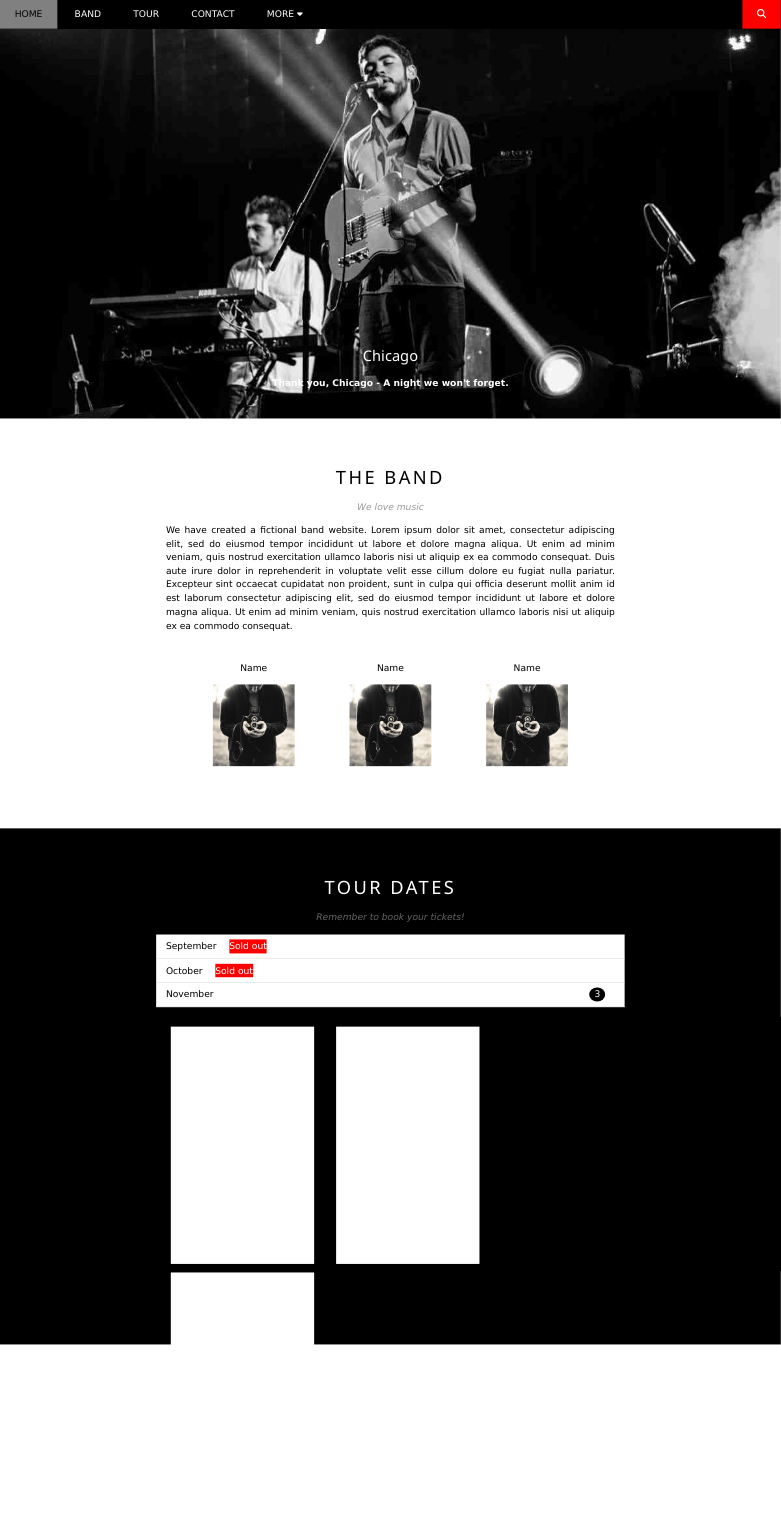
Repository: ngotranphuongbao/theband
Page: index.html
The author's editor kept a copy of each file at every save. The page is drawn from the files as they stood at one save, then again after the next save.
The browser window is 1280 px wide. The pictures show the whole page, at 61% of full size.
Some web libraries are served in a nearby version.

Above is the page before, as saved 2022-12-22 02:40:10.

### index.html
<!DOCTYPE html>
<html lang="en">
<head>
    <meta charset="UTF-8">
    <meta http-equiv="X-UA-Compatible" content="IE=edge">
    <meta name="viewport" content="width=device-width, initial-scale=1.0">
    <title>Document</title>
    <link rel="stylesheet" href="./assets/css/style.css">
    <script src="https://kit.fontawesome.com/55a0c61423.js" crossorigin="anonymous"></script>
    <link rel="stylesheet" href="./assets/themify-icons/themify-icons.css">
    <link rel="stylesheet" href="https://www.w3schools.com/w3css/4/w3.css">
</head>
<body>
    <div id="main">
        <div id="header">
            <ul id="nav">
                <li><a href="">Home</a></li>
                <li><a href="">Band</a></li>
                <li><a href="">Tour</a></li>
                <li><a href="">Contact</a></li>
                <li>
                    <a href="">
                        More
                        <i class="fa fa-caret-down"></i>
                    </a>
                    <ul id="subnav">
                        <li><a href="">Merchandise</a></li>
                        <li><a href="">Extras</a></li>
                        <li><a href="">Media</a></li>
                    </ul>
                </li>
            </ul>
            <div id="search">
                <i class="fa fa-search"></i>
            </div>
        </div>

        <div id="slider">
            <div id="slider-caption">
                <h3>Chicago</h3>
                <p><b>Thank you, Chicago - A night we won't forget.</b></p>
            </div>

        </div>

        <div id="content">
            <div id="the-band">
                <div id="the-band-main">
                    <h2 class="content-title">The Band</h2>
                    <p class="content-subtitle">We love music</p>
                    <p id="describe">We have created a fictional band website. Lorem ipsum dolor sit amet, consectetur adipiscing elit, sed do eiusmod tempor incididunt ut labore et dolore magna aliqua. Ut enim ad minim veniam, quis nostrud exercitation ullamco laboris nisi ut aliquip ex ea commodo consequat. Duis aute irure dolor in reprehenderit in voluptate velit esse cillum dolore eu fugiat nulla pariatur. Excepteur sint occaecat cupidatat non proident, sunt in culpa qui officia deserunt mollit anim id est laborum consectetur adipiscing elit, sed do eiusmod tempor incididunt ut labore et dolore magna aliqua. Ut enim ad minim veniam, quis nostrud exercitation ullamco laboris nisi ut aliquip ex ea commodo consequat.</p>
                    <div id="member">
                        <div class="member-info">
                            <p class="member-name">Name</p>
                            <img src="/assets/image/member/bandmember.jpg" alt="" class="member-photo">
                        </div>

                        <div class="member-info">
                            <p class="member-name">Name</p>
                            <img src="/assets/image/member/bandmember.jpg" alt="" class="member-photo">
                        </div>

                        <div class="member-info">
                            <p class="member-name">Name</p>
                            <img src="/assets/image/member/bandmember.jpg" alt="" class="member-photo">
                        </div>
                    </div>
                </div>
            </div>

            <div id="tour-dates">
                <div id="tour-dates-main">
                    <h2 class="content-title">Tour Dates</h2>
                    <p class="content-subtitle">Remember to book your tickets!</p>
                    <ul id="booking">
                        <li>
                            September
                            <div class="sold-out">Sold out</div>
                        </li>
                        <li>
                            October
                            <div class="sold-out">Sold out</div>
                        </li>
                        <li>
                            November
                            <span class="w3-badge">3</span>
                        </li>
                    </ul>
                    <div id="location">
                        <div class="location-infor"></div>
                        <div class="location-infor"></div>
                        <div class="location-infor"></div>
                    </div>

                </div>

            </div>

            <div id="contact">



            </div>

            <div id="picture">

            </div>

        </div>

        <div id="footer">

        </div>
    </div>

</body>
</html>

### assets/css/style.css
* {
    padding: 0px;
    margin: 0px;
    box-sizing: border-box;
}

html {
    font-family: Arial, Helvetica, sans-serif;
}

#main {

}

#header {
    height: 46.5px;
    background-color: black;
    position: fixed;
    top: 0px;
    left: 0px;
    right: 0px;
    z-index: 1;
}

#nav {
    display: inline-block;
}
#nav > li {
    display: inline-block;
    padding: 12px 24px;
    position: relative;
}

#nav > li > a {
    line-height: 22.5px;
    text-decoration: none;
    text-transform: uppercase;
    color: white;
}

#nav > li:hover {
    background-color: grey;
}

#nav > li:hover > a {
    color: black;
}

#subnav {
    display: none;
    position: absolute;
    top: 45px;
    left: 0px;
    box-shadow: 0px 0px 10px rgba(0, 0, 0, 0.3);
    background-color: white;
}

#subnav > li {
    display: block;
    width: 160px;
    height: 38.5px;
    padding: 8px 16px;
}

#subnav > li:hover {
    background-color: grey;
}

#nav > li:hover > #subnav {
    display: block;
}

#subnav > li > a {
    text-decoration: none;
    color: black;
}

.fa-caret-down {
    width: 8.575px;
    height: 15px;
}

#search {
    float: right;
    padding: 12px 24px;
    background-color: red;
    cursor: pointer;
}

.fa-search {
    line-height: 22.5px;
    color: white;
}
#slider {
    margin-top: 45.6px;
    padding-top: 50%;
    background: url(/assets/image/slider/chicago.jpg) top center / cover no-repeat;
    position: relative;
}

#slider-caption {
    position: absolute;
    bottom: 32px;
    width: 100%;
    text-align: center;
}

#slider-caption > p {
    margin: 15px;
    color: white;
}

#slider-caption > h3 {
    margin-bottom: 10px;
    color: white;
    font-weight: 400;
    font-size: 24px;
}


#content {

}

#the-band {
    height: 672px;
}

#the-band-main {
    width: 768px;
    height: 100%;
    padding: 64px 16px;
    margin: auto;
}

.content-title {
    text-align: center;
    margin: 10px;
    text-transform: uppercase;
    letter-spacing: 4px;
    font-weight: 400;
}

.content-subtitle {
    text-align: center;
    margin: 15px;
    font-style: italic;
    opacity: 0.4;
}

#describe {
    text-align: justify;
    margin-bottom: 15px;

}

#member {
    height: 286px;
    text-align: center;
    margin: 32px;
}

.member-info {
    display: inline-block;
    width: calc(100%/3);
    float: left;
}

.member-photo {
    width: 60%;
    margin-bottom: 16px;
}

.member-name {
    margin: 15px;
}

#tour-dates {
    height: 846px;
    background-color: black;
}

#tour-dates-main {
    width: 800px;
    height: 100%;
    margin: auto;
    padding: 64px 16px;
}

#tour-dates-main .content-title {
    color: white;
}

#tour-dates-main .content-subtitle {
    color: white;
}

#booking {
    margin-top: 18.4px;
    background-color: white;
}

#booking > li {
    display: block;
    padding: 8px 16px;
    border-bottom: 1px solid #ddd;
}

.sold-out {
    display: inline-block;
    background-color: red;
    color: white;
    margin-left: 16px;
}

.w3-badge {
    float: right;
    margin-right: 16px;
}

#location {
    height: 469px;
    padding: 32px 8px;
}

.location-infor {
    display: inline-block;
    width: calc((100% - 48px) / 3);
    height: calc(100% - 16px);
    background-color: white;
    margin: 0px 16px 8px;
}
#footer {

}

Loaded but not shown: assets/themify-icons/themify-icons.css (common file)

After the next save:
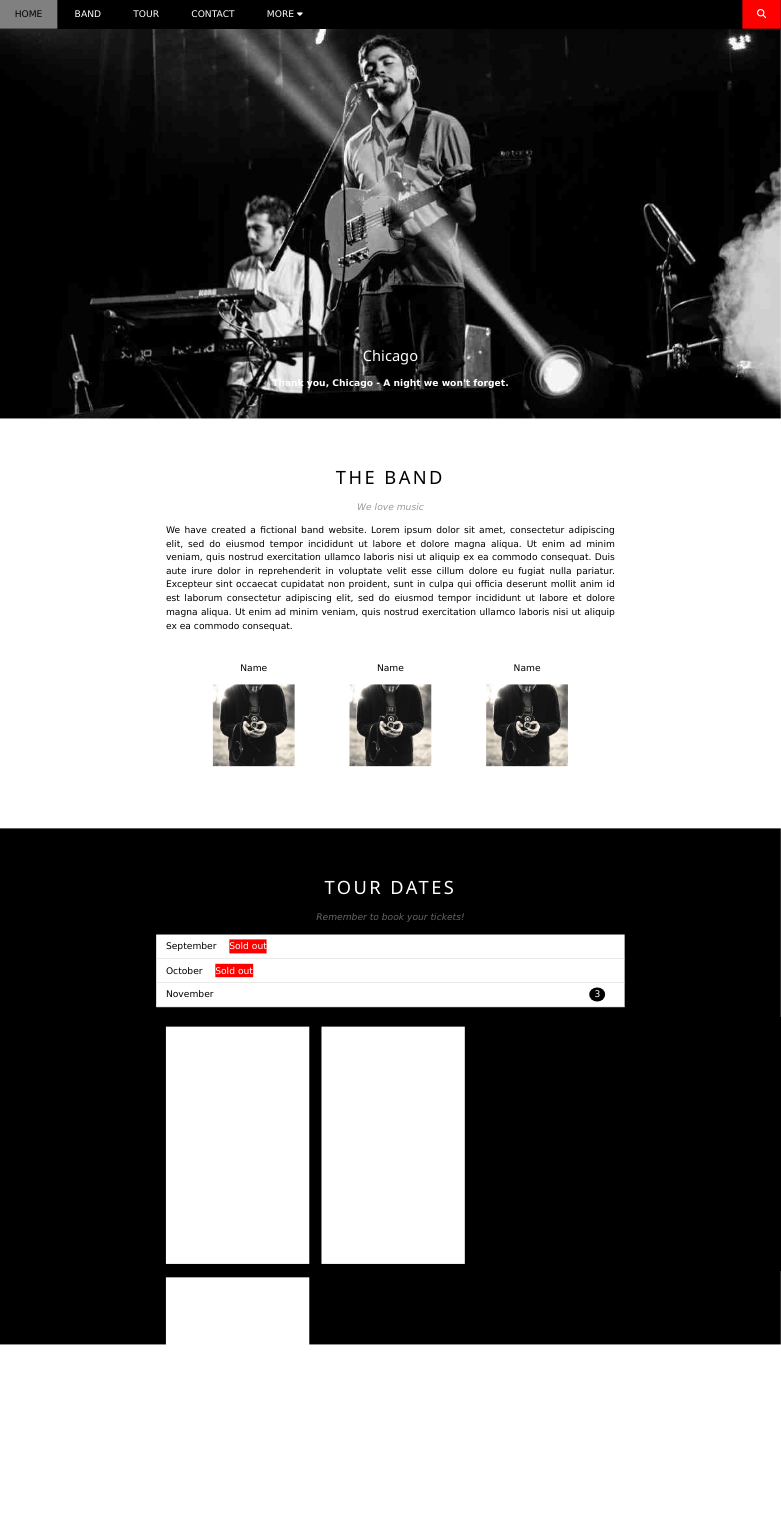
Saved 41 s later.
--- a/assets/css/style.css
+++ b/assets/css/style.css
@@ -228,7 +228,7 @@
     width: calc((100% - 48px) / 3);
     height: calc(100% - 16px);
     background-color: white;
-    margin: 0px 16px 8px;
+    margin: 0px 8px 16px 8px;
 }
 #footer {
 
